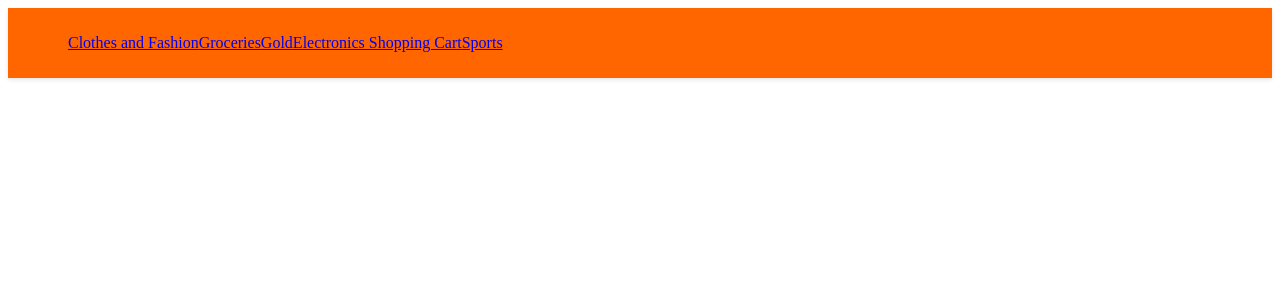
Repository: Maheshbabur789/BookStore
Page: MyLabs/OnlineMarketing/src/main/webapp/login.html
These files come from the project's save history. The page is drawn as it stood at one moment and after the next save; the edit follows.
The browser window is 1280 px wide. The pictures show the whole page.

Above is the page before, as saved 2024-11-07 11:19:33.

### MyLabs/OnlineMarketing/src/main/webapp/login.html
<!DOCTYPE html>
<html>
<head>
<meta charset="UTF-8">
<title>Insert title here</title>

<style>
    header {
    background-color: #ff6600; /* Change this color to your desired header background color */
    box-shadow: 0 2px 4px rgba(0, 0, 0, 0.1);

    nav {
    display: flex;
    justify-content: space-between;
    align-items: center;
    padding: 10px 20px;
}
nav ul {

    list-style: none;
    display: flex;
}
}
</style>
</head>
<body>
 <header>
        <nav>
            <ul>
                <li><a href="#products">Clothes and Fashion</a></li>
                <li><a href="#categories">Groceries</a></li>
                <li><a href="#deals">Gold</a></li>
                <li><a href="#cart">Electronics Shopping Cart</a></li>
                <li><a href="#cart">Sports</a></li>
            </ul>
        </nav>
    </header></body>
</html>

After the next save:
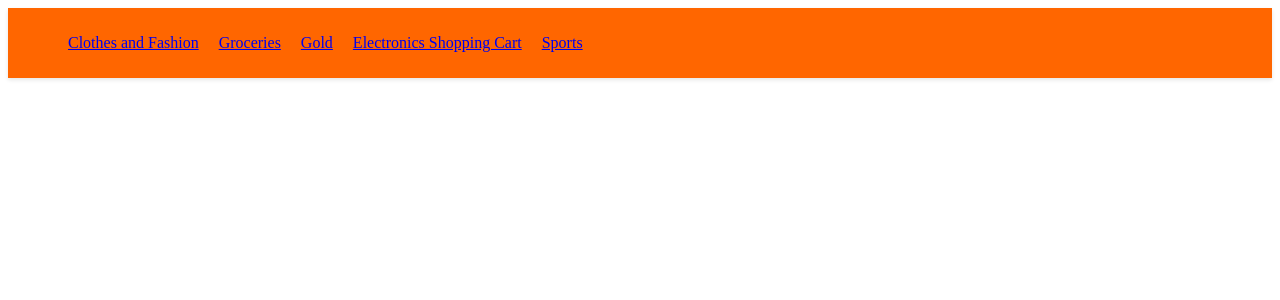
Saved 23 s later.
--- a/MyLabs/OnlineMarketing/src/main/webapp/login.html
+++ b/MyLabs/OnlineMarketing/src/main/webapp/login.html
@@ -20,6 +20,9 @@
     list-style: none;
     display: flex;
 }
+nav li {
+    margin-right: 20px;
+}
 }
 </style>
 </head>
